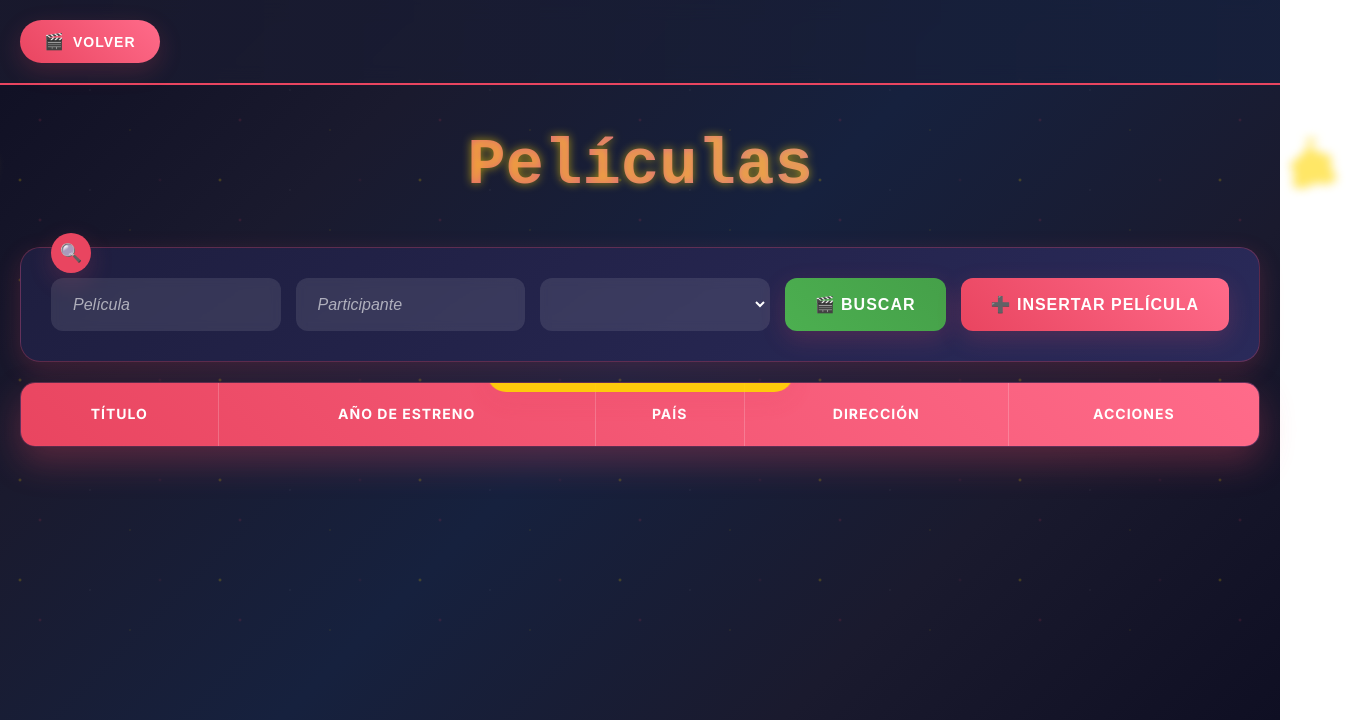
Repository: javfalrea/Teca
Page: teca/src/main/resources/static/html/pelicula.html
The author's editor kept a copy of each file at every save. The page is drawn from the files as they stood at one save, then again after the next save.
The browser window is 1280 px wide. The page is 1346 px wide, then 1280 px, then 1346 px, so the pictures cover 1346 px, including what lies to the right of the window. The pictures show the whole page.
The page's requests for data from a server got no answer. Some web fonts or font styles are not loaded; a fallback is used.

Above is the page before, as saved 2025-06-11 13:54:09.

After the next save:
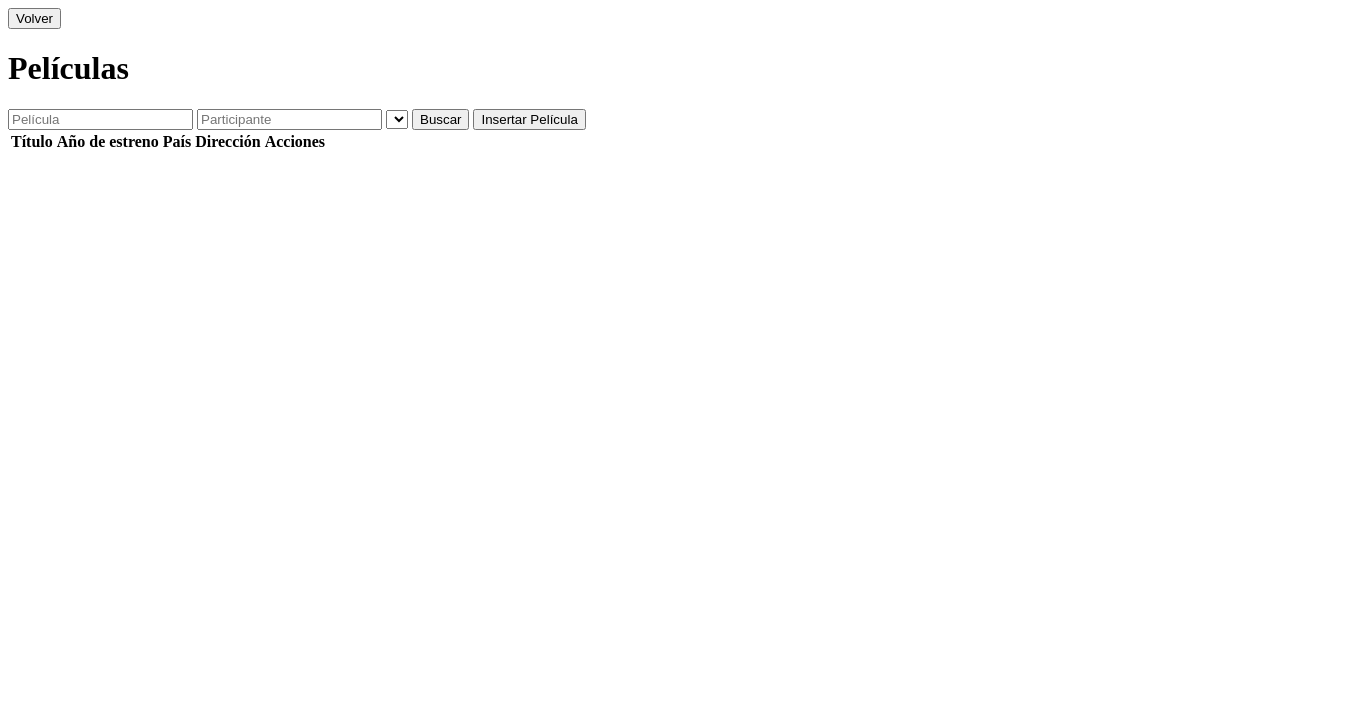
Saved 71 s later.
--- a/teca/src/main/resources/static/html/pelicula.html
+++ b/teca/src/main/resources/static/html/pelicula.html
@@ -4,7 +4,7 @@
     <meta charset="UTF-8">
     <meta name="viewport" content="width=device-width, initial-scale=1.0">
     <title>Películas</title>
-    <link rel="stylesheet" href="css/tablas.css">
+    <link rel="stylesheet" src="/css/tablas.css">
 </head>
 <body onLoad="cargaInicial()">
 

After the save that followed:
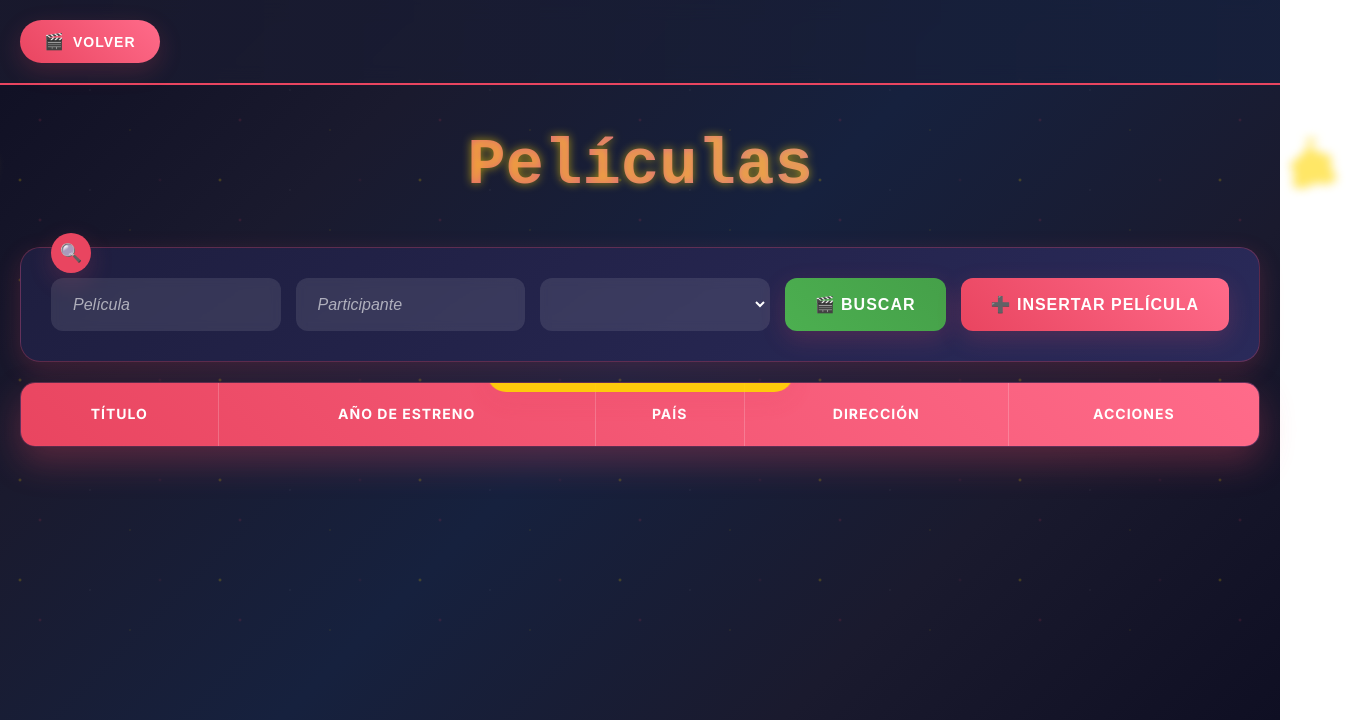
Saved 23 s later.
--- a/teca/src/main/resources/static/html/pelicula.html
+++ b/teca/src/main/resources/static/html/pelicula.html
@@ -4,7 +4,7 @@
     <meta charset="UTF-8">
     <meta name="viewport" content="width=device-width, initial-scale=1.0">
     <title>Películas</title>
-    <link rel="stylesheet" src="/css/tablas.css">
+    <link rel="stylesheet" href="tablas.css">
 </head>
 <body onLoad="cargaInicial()">
 
